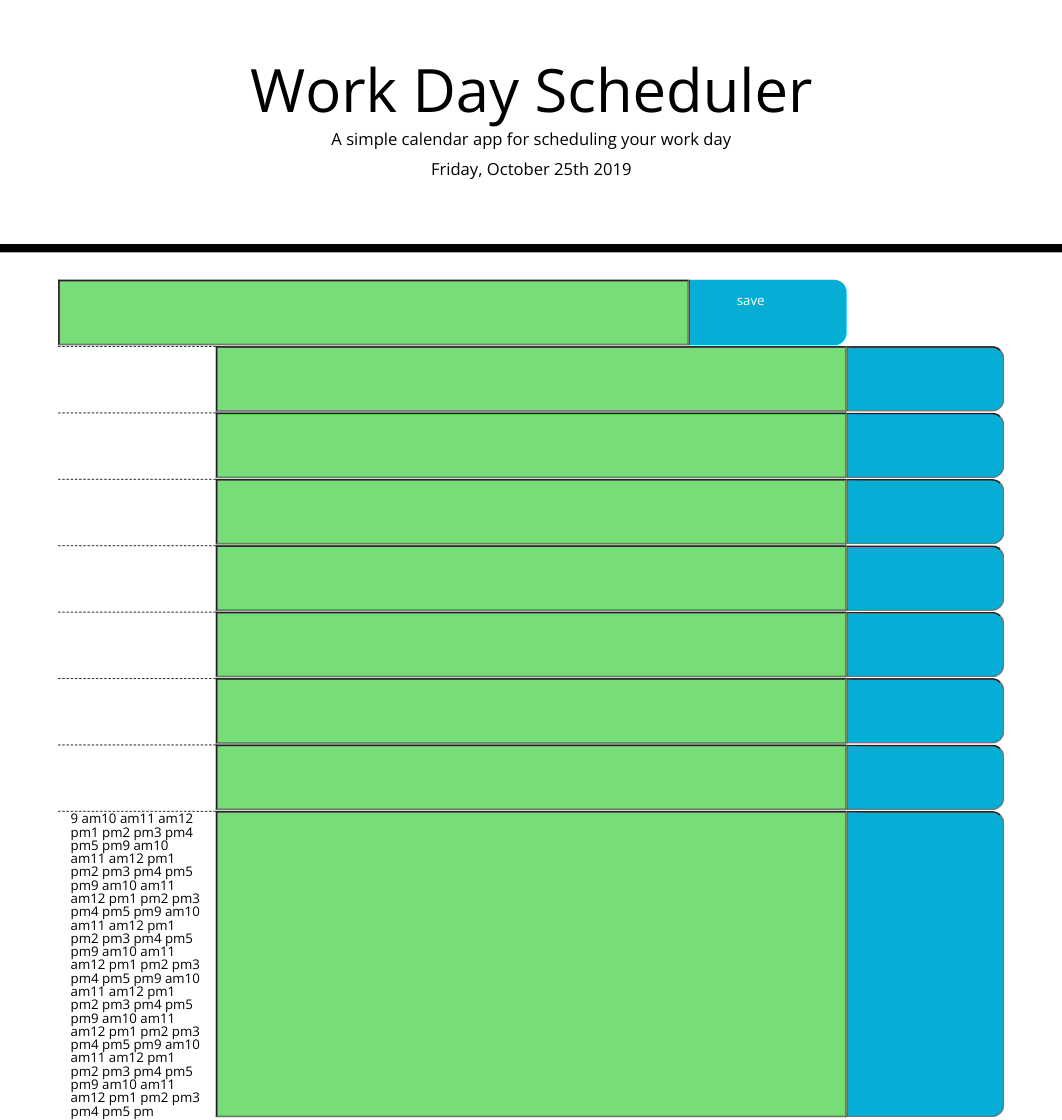
Repository: s88leigh/Day-Planner
Page: Develop/index.html
These files come from the project's save history. The page is drawn as it stood at one moment and after the next save; the edit follows.
The browser window is 1280 px wide. The pictures show the whole page, at 83% of full size.
Some web libraries are served in a nearby version.

Above is the page before, as saved 2019-10-26 09:43:14.

### Develop/index.html
<!DOCTYPE html>
<html lang="en">
  <head>
    <meta charset="UTF-8" />
    <meta name="viewport" content="width=device-width, initial-scale=1.0" />
    <meta http-equiv="X-UA-Compatible" content="ie=edge" />
    <link
      rel="stylesheet"
      href="https://stackpath.bootstrapcdn.com/bootstrap/4.3.1/css/bootstrap.min.css"
    />
    <link
      rel="stylesheet"
      href="https://use.fontawesome.com/releases/v5.8.1/css/all.css"
      integrity="sha384-50oBUHEmvpQ+1lW4y57PTFmhCaXp0ML5d60M1M7uH2+nqUivzIebhndOJK28anvf"
      crossorigin="anonymous"
    />
    <link
      href="https://fonts.googleapis.com/css?family=Open+Sans&display=swap"
      rel="stylesheet"
    />
    <link rel="stylesheet" href="style.css" />
    <title>Work Day Scheduler</title>
  </head>

  <body>
    <script src="lib\moment\moment.min.js"></script>

    <header class="jumbotron">
      <h1 class="display-3">Work Day Scheduler</h1>
      <p class="lead">A simple calendar app for scheduling your work day</p>
      <p id="currentDay" class="lead">8:00</p>
    </header>
    <div class="container">
      <!-- Timeblocks go here -->

      <div class="row">

        <input class="col-8 future"></input>
        <div class="col-2 saveBtn">
          save
        </div>
        </div>
      </div>
      </div>


    <script>
      const curDay = document.querySelector(".currentDay");

      function updateTime(){
        const now = moment();
        const date = now.format("dddd, MMMM Do YYYY");

        currentDay.textContent = date;
      }
      setInterval (updateTime , 1000)
      updateTime();


    </script>


    <script src="https://code.jquery.com/jquery-3.4.1.min.js"></script>
    <script src="https://cdnjs.cloudflare.com/ajax/libs/moment.js/2.24.0/moment.min.js"></script>
    <script src="script.js"></script>
    </body>
</html>

### Develop/style.css
body {
  font-family: 'Open Sans', sans-serif;
  font-size: 16px;
  line-height: 1;
}

textarea{
  background: transparent;
  border: none;
  resize: none;
  color: #000000;
  border-left: 1px solid black;
  padding: 10px;
}

.jumbotron {
  text-align: center;
  background-color: transparent;
  color: black;
  border-radius: 0;
  border-bottom: 10px solid black;
}

.description{
  white-space: pre-wrap;
}

.time-block{
  text-align: center;
  border-radius: 15px;
}

.row {
  white-space: pre-wrap;
  height: 80px;
  border-top: 1px solid white;;
}

.hour {
  background-color: #ffffff;
  color: #000000;
  border-top: 1px dashed #000000;
}

.past {
  background-color: #d3d3d3;
  color: white;
}

.present {
  background-color: #ff6961;
  color: white;
}

.future {
  background-color: #77dd77;
  color: white;
}

.saveBtn {
  border-left: 1px solid black;
  border-top-right-radius: 15px;
  border-bottom-right-radius: 15px;
  background-color: #06AED5;
  color: white;
}

.saveBtn i:hover {
  font-size: 20px;
  transition: all .3s ease-in-out;
}

### Develop/script.js
var startTime = 9;
var endTime = 17
timeSlots = $(".container");

for(i = startTime; i < endTime; i++) {
    newHour = $("<div>");
    newHour.addClass("row");

    hour = $("<div>");
    hour.addClass("col-2 hour");
    hour.text[i];

    dailyTask = $("<input>");
    dailyTask.addClass("col-8");
    dailyTask.addClass("future");

    saveButton = $("<input>");
    saveButton.addClass("col-2 saveBtn");
    saveButton.addClass("saveBtn i:hover");

    newHour.append(hour, dailyTask, saveButton);
    timeSlots.append(newHour);
 }
 var hourArray = [
    "9 am",
    "10 am",
    "11 am",
    "12 pm",
    "1 pm",
    "2 pm",
    "3 pm",
    "4 pm",
    "5 pm"
 ]
 for (var i=0; i < hourArray.length; i++) {

hour.append(hourArray);
    //  console.log(hourArray)
 }

var saveButton = $(".saveBtn");
var dailyTask = $("input");

$(".saveBtn").on("click", function(){

  console.log("clicked save button");
    });

$("input").on("change", function(event) {
    event.preventDefault();
    console.log("Daily Task");
})


    // localStorage.setItem("dailyTask", dailyTaskInput);

    // var saveButton=JSON.stringify(value);
    // localStorage.setItem("saveButton", saveButtonJSON);

Loaded but not shown: Develop/lib/moment/moment.min.js (library)

After the next save:
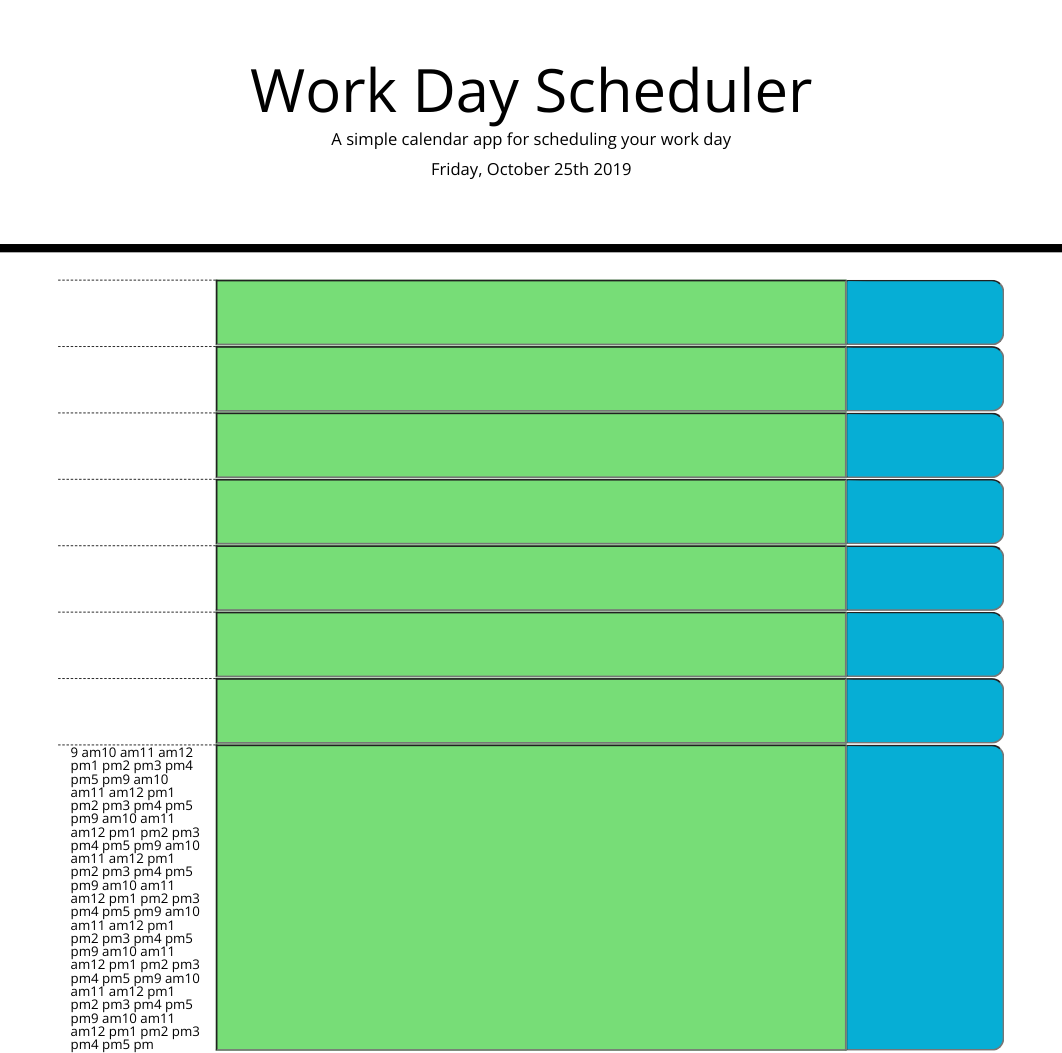
Saved 11 s later.
--- a/Develop/index.html
+++ b/Develop/index.html
@@ -33,12 +33,7 @@
     <div class="container">
       <!-- Timeblocks go here -->
 
-      <div class="row">
 
-        <input class="col-8 future"></input>
-        <div class="col-2 saveBtn">
-          save
-        </div>
         </div>
       </div>
       </div>
